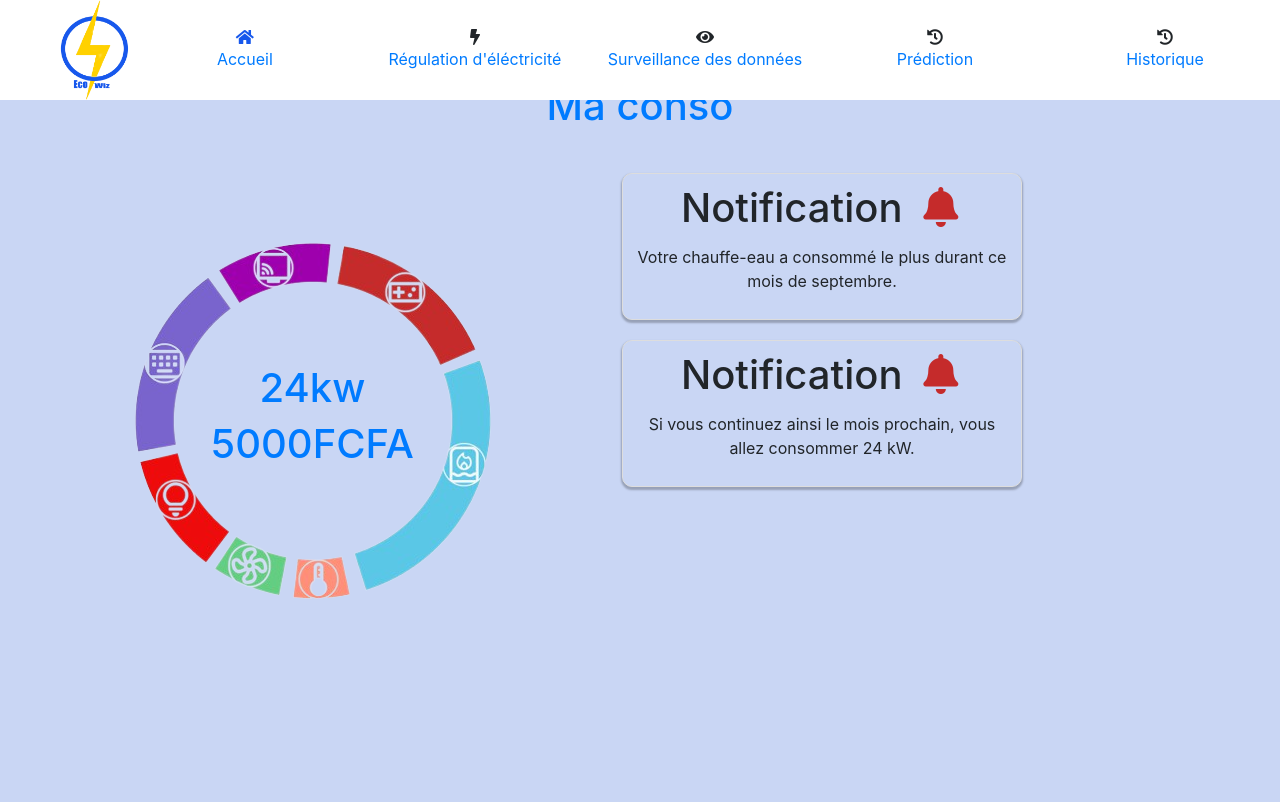
Repository: hamdia200/OSC-Ecowiz
Page: http://localhost/accueil
The author's editor kept a copy of each file at every save. The page is drawn from the files as they stood at one save, then again after the next save.
The browser window is 1280 px wide. The pictures show the whole page.
The page is served by the project's Laravel application, run on PHP 8.4 with Laravel 10.

Above is the page before, as saved 2023-09-01 00:07:28.

After the next save:
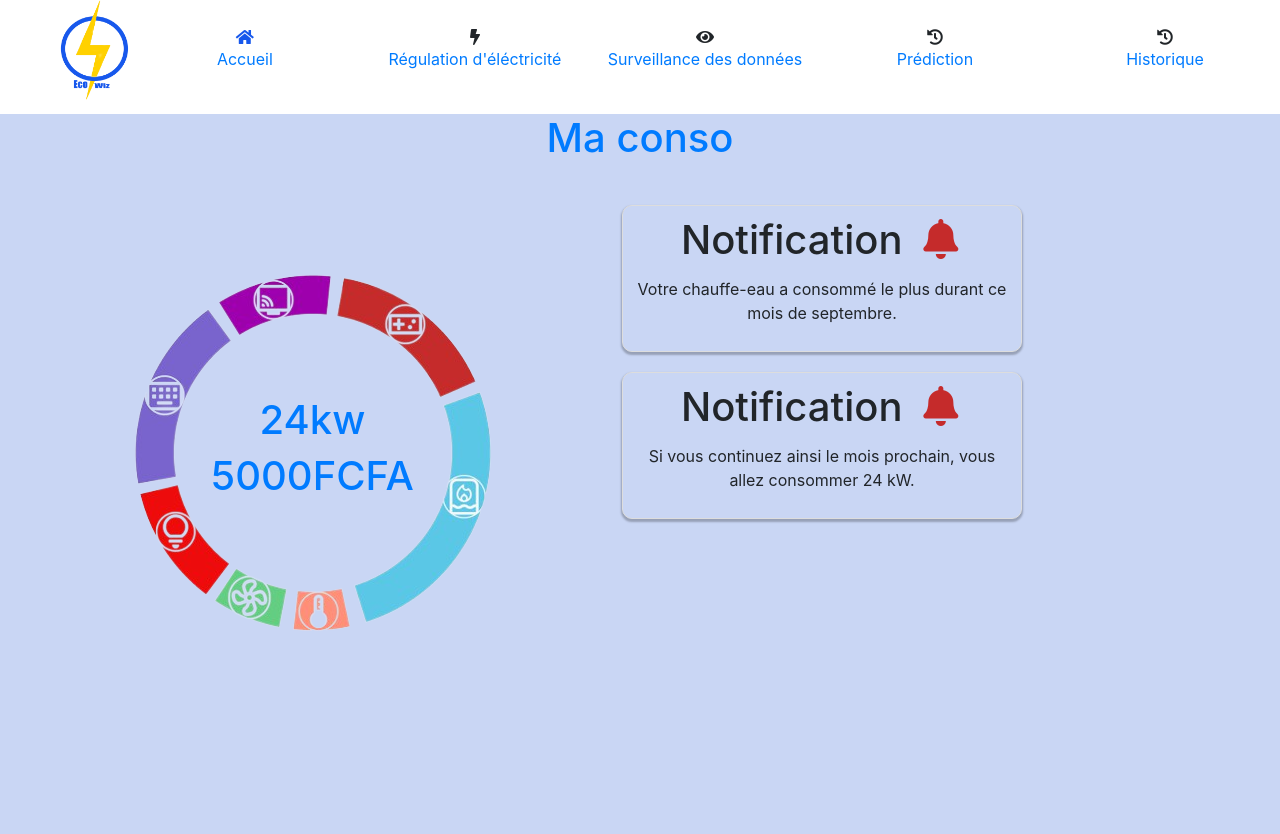
Saved 6 s later.
--- a/resources/views/accueil.blade.php
+++ b/resources/views/accueil.blade.php
@@ -90,7 +90,7 @@
                 line-height: normal;
                 border-radius: 10px;
                 border: 0px solid #000;
-                margin-top: ;
+                margin-top: 2rem;
 
             }
 
